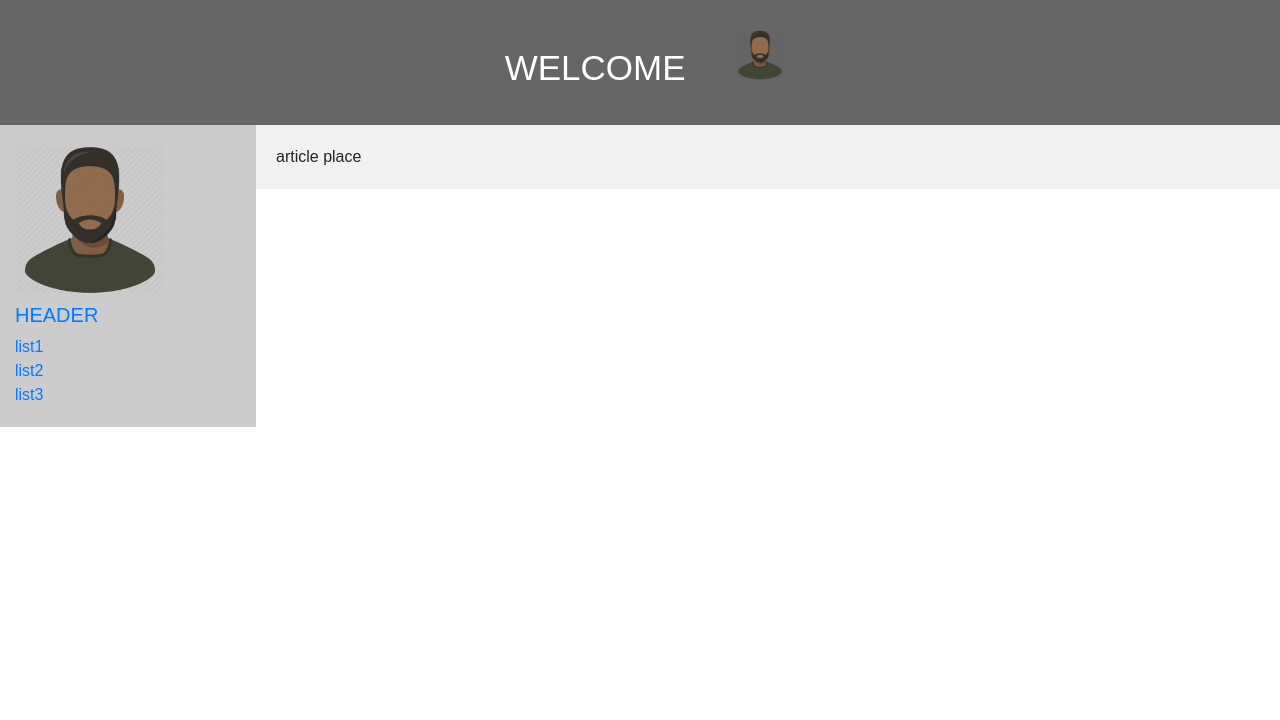
Repository: idrice24/IDRICE24-DASHBOARD
Page: html/header.html
The author's editor kept a copy of each file at every save. The page is drawn from the files as they stood at one save, then again after the next save.
The browser window is 1280 px wide. The pictures show the whole page.

Above is the page before, as saved 2020-09-03 23:50:11.

### html/header.html
<!DOCTYPE html>
<html lang="en">

<head>
    <meta charset="UTF-8">
    <meta name="viewport" content="width=device-width, initial-scale=1.0">
    <meta http-equiv="X-UA-Compatible" content="ie=edge">
    <title>Document</title>
    <link rel="stylesheet" href="../vendor/bootstrap-4.1/bootstrap.min.css">
    <link rel="stylesheet" href="../vendor/font-awesome-4.7/css/font-awesome.min.css">
    <link rel="stylesheet" href="../vendor/idrice24folder/idrice24.css">
</head>

<body>
    <header>WELCOME
        <div style="display:inline-block">
            <div class="col-md-4" style="display:inline-block">
                <a href="../imgs/login2.PNG" class="thumbnail" style="display:inline-block">
                    <img src="../imgs/login2.PNG" alt="Pulpit Rock" style="width:50px;height:50px;display:inline-block;float:left">
                </a>
            </div>
        </div>
    </header>
    <section>
        <nav class="nav nav-pills nav-stacked">
            <div class="container-fluid">
                <div class="row">
                    <div class="col-md-4">
                        <a href="../imgs/login2.PNG" class="thumbnail">
                            <img src="../imgs/login2.PNG" alt="Pulpit Rock" style="width:150px;height:150px">
                        </a>
                    </div>
                </div>
                <div class="navbar-header">
                    <a class="navbar-brand" href="#">HEADER</a>
                </div>

                <ul class="nav navbar-nav">
                    <li class="active"><a href="#">list1</a></li>
                    <li><a href="#">list2</a></li>
                    <li><a href="#">list3</a></li>
                </ul>
        </nav>








        <article>article place</article>
    </section>

</body>

</html>

Loaded but not shown: vendor/bootstrap-4.1/bootstrap.min.css (library); vendor/font-awesome-4.7/css/font-awesome.min.css (library); vendor/idrice24folder/idrice24.css (library)

After the next save:
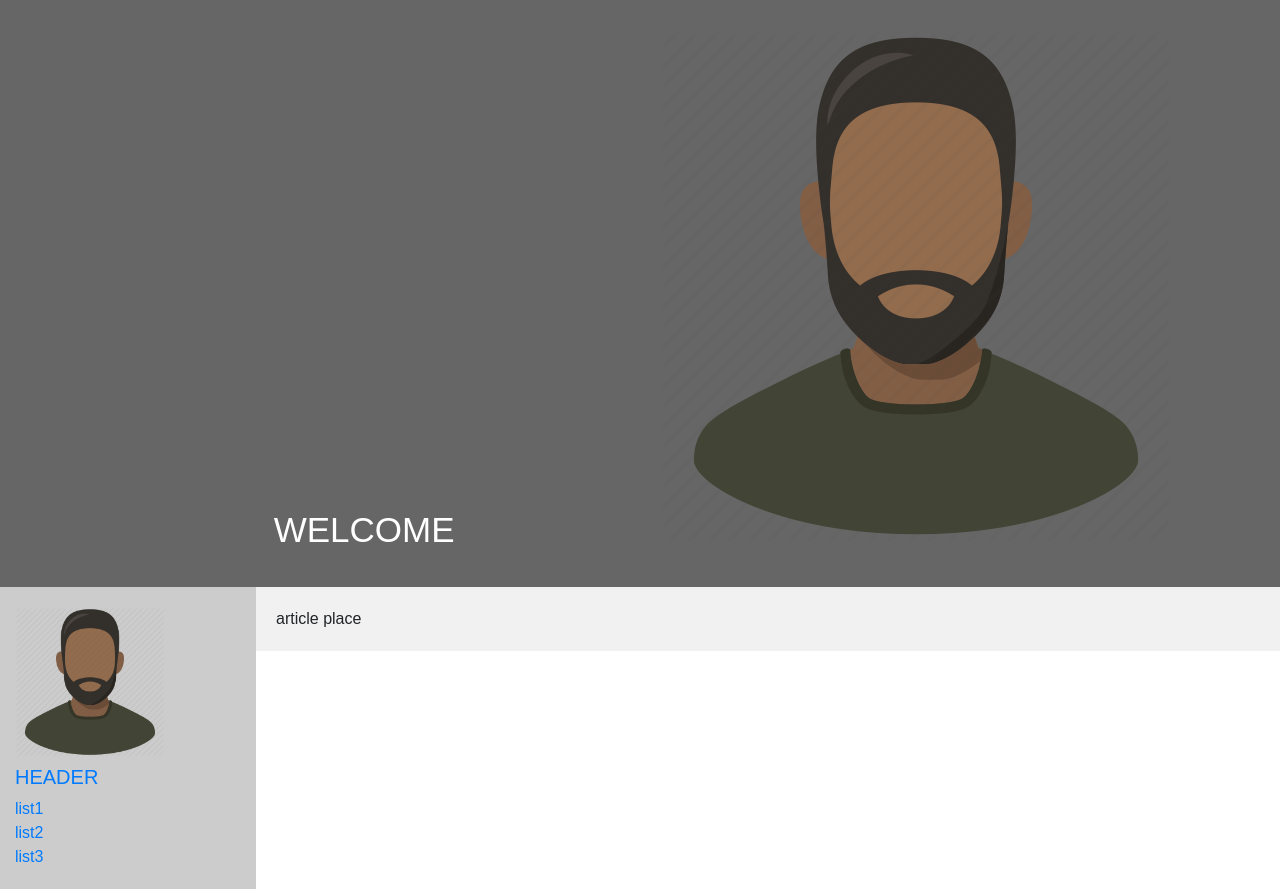
Saved 36 s later.
--- a/html/header.html
+++ b/html/header.html
@@ -16,7 +16,7 @@
         <div style="display:inline-block">
             <div class="col-md-4" style="display:inline-block">
                 <a href="../imgs/login2.PNG" class="thumbnail" style="display:inline-block">
-                    <img src="../imgs/login2.PNG" alt="Pulpit Rock" style="width:50px;height:50px;display:inline-block;float:left">
+                    <img src="../imgs/login2.PNG" alt="Pulpit Rock" style="display:inline-block;float:left">
                 </a>
             </div>
         </div>

After the save that followed:
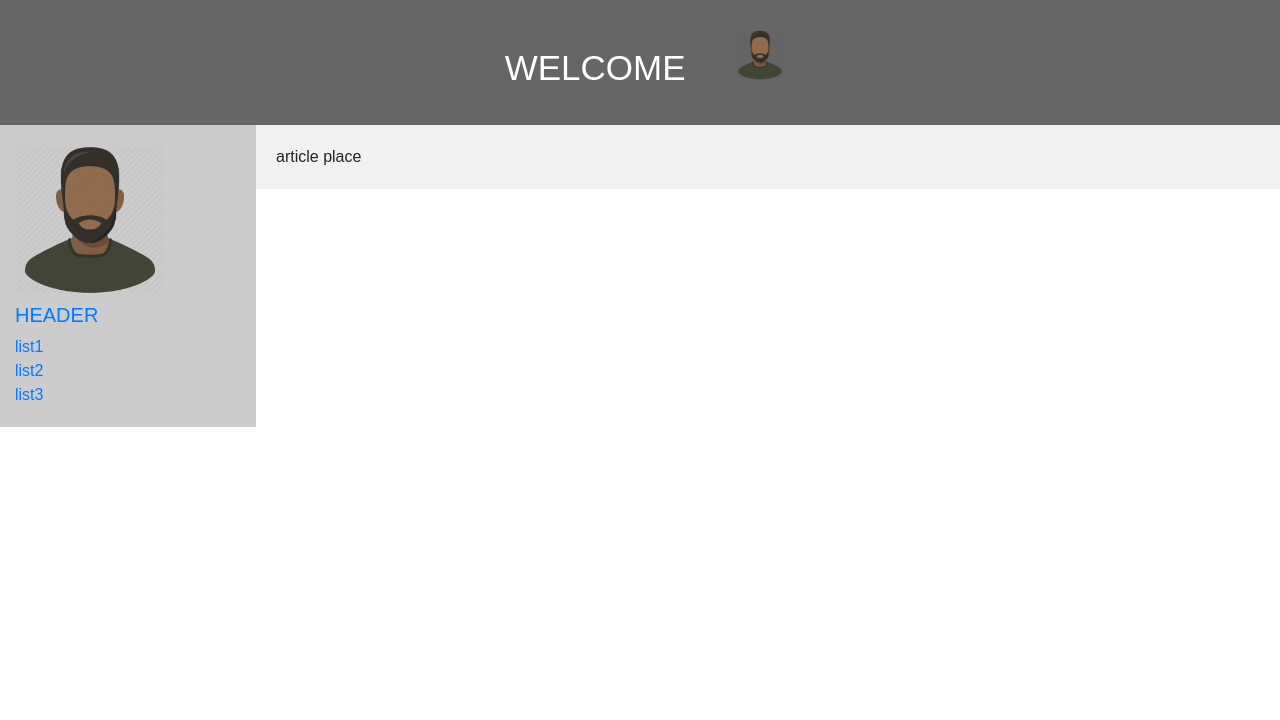
Saved 17 s later.
--- a/html/header.html
+++ b/html/header.html
@@ -16,7 +16,7 @@
         <div style="display:inline-block">
             <div class="col-md-4" style="display:inline-block">
                 <a href="../imgs/login2.PNG" class="thumbnail" style="display:inline-block">
-                    <img src="../imgs/login2.PNG" alt="Pulpit Rock" style="display:inline-block;float:left">
+                    <img src="../imgs/login2.PNG" alt="Pulpit Rock" style="width:50px;height:50px;display:inline-block;float:left">
                 </a>
             </div>
         </div>
